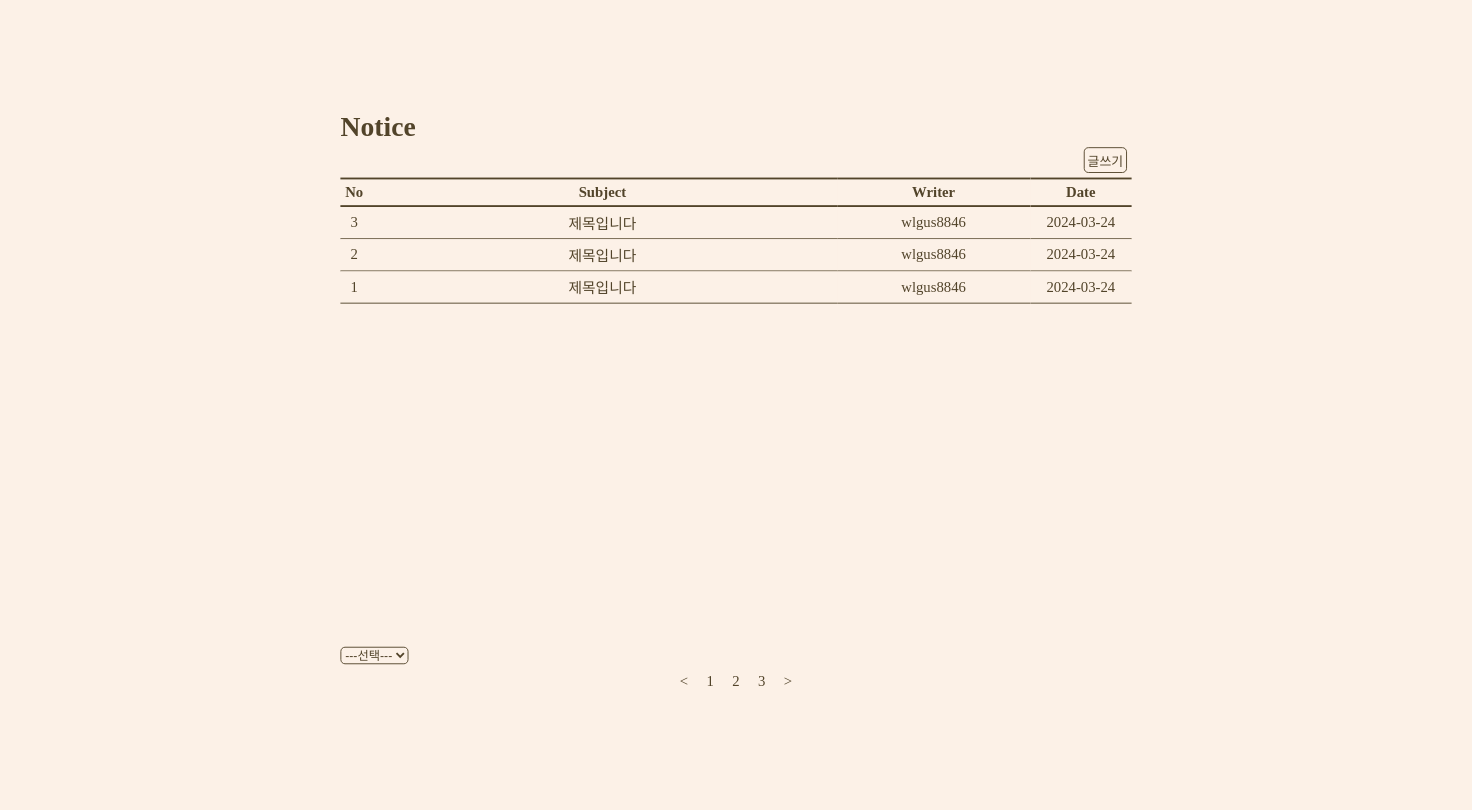
Repository: jngwk/Project-Bark
Page: http://localhost/Bark/include/board.jsp
These files come from the project's save history. The page is drawn as it stood at one moment and after the next save; the edit follows.
The browser window is 1280 px wide. The page is 1600 px wide, so the pictures cover 1600 px, including what lies to the right of the window. The pictures show the whole page, at 92% of full size.
The page is served by Tomcat 9.

Above is the page before, as saved 2024-03-25 08:43:23.

After the next save:
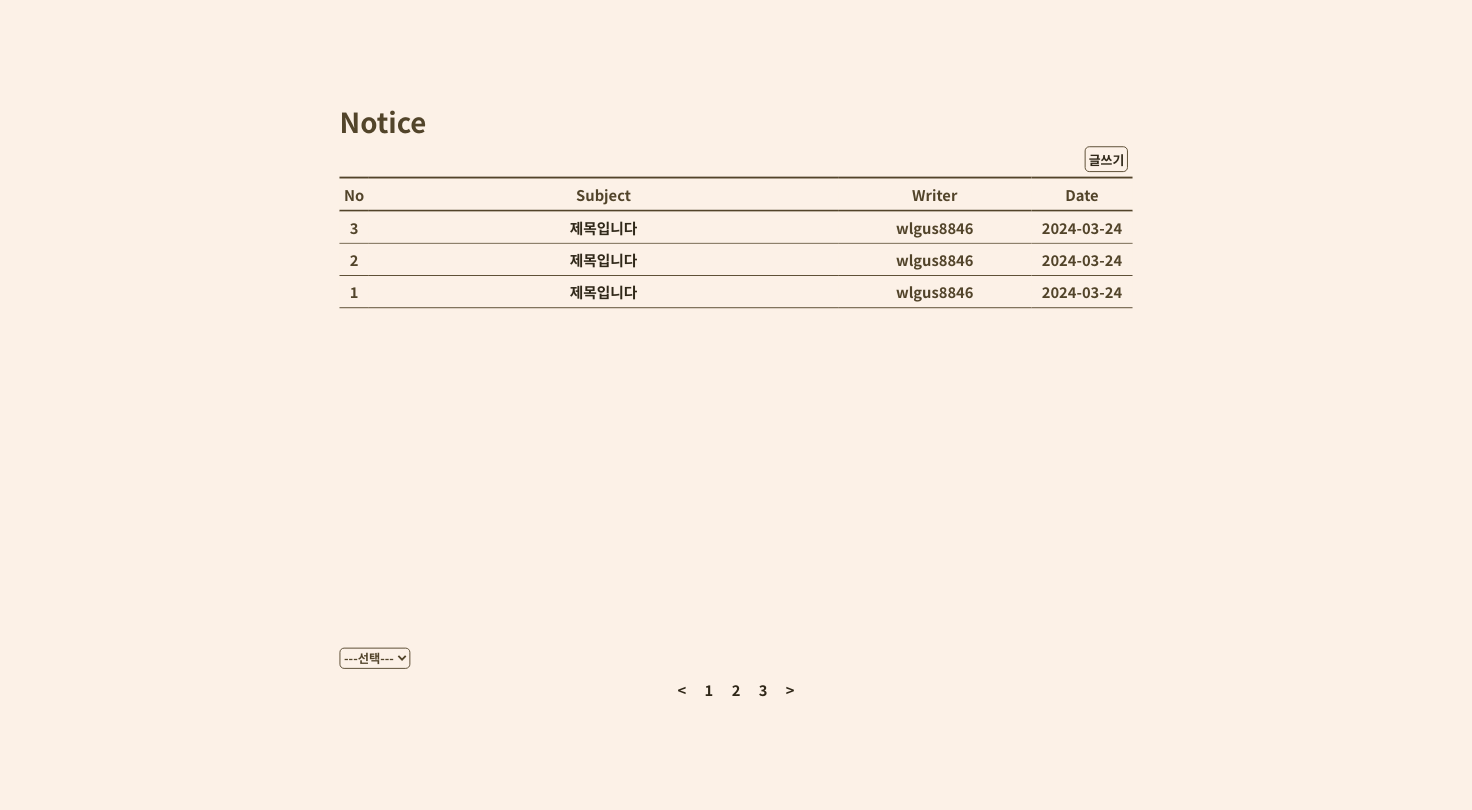
Saved 10 s later.
--- a/java_workspace/Bark/src/main/webapp/include/board.jsp
+++ b/java_workspace/Bark/src/main/webapp/include/board.jsp
@@ -6,7 +6,7 @@
     <meta charset="UTF-8">
     <meta name="viewport" content="width=device-width, initial-scale=1.0">
     <title>Document</title>
-    <link rel="stylesheet" href="../css/board.css">
+    <link rel="stylesheet" href="../css/root.css">
 </head>
 <body>
     <div class="container">
